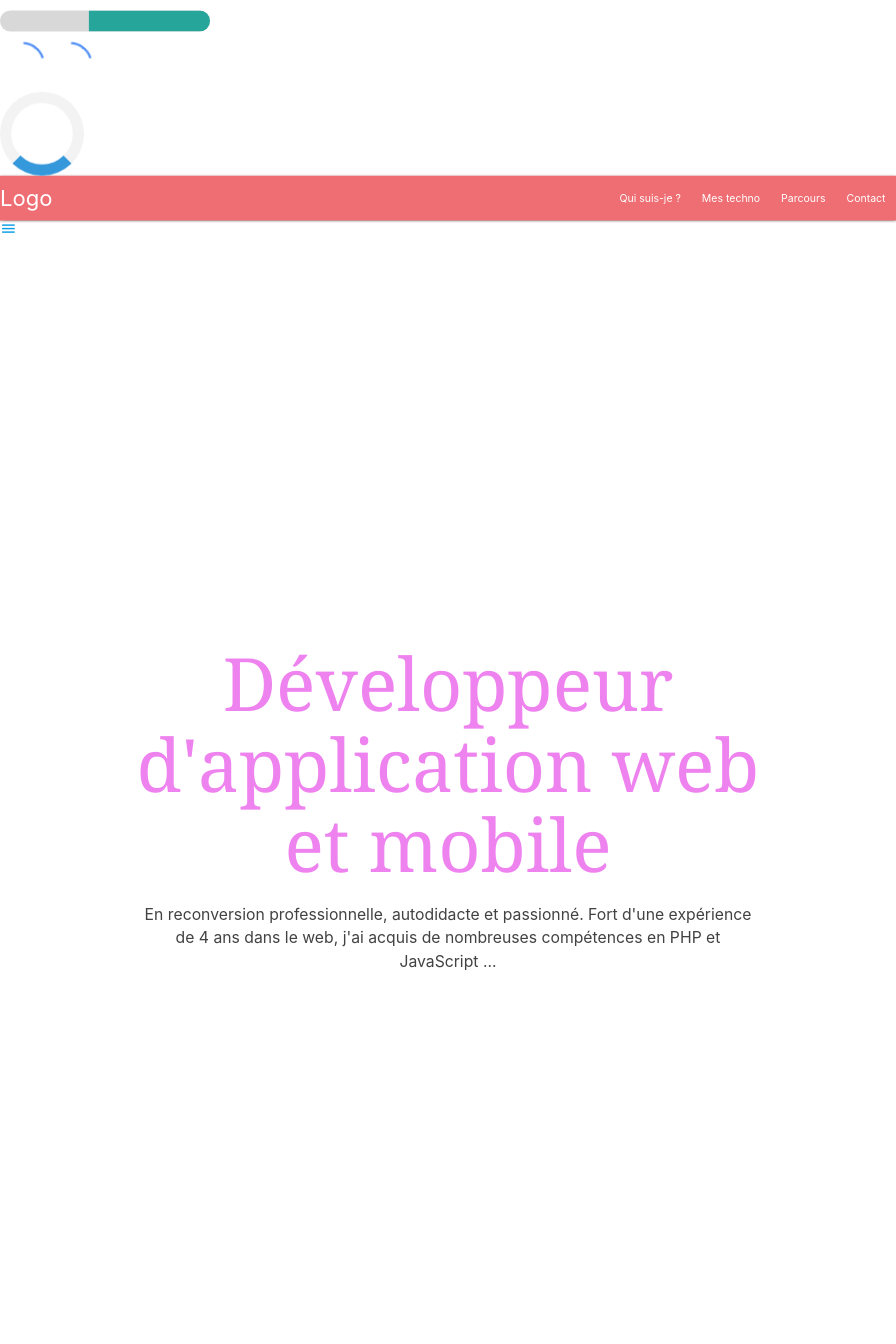
Repository: duncanidaho14/elhad
Page: index.html
The author's editor kept a copy of each file at every save. The page is drawn from the files as they stood at one save, then again after the next save.
The browser window is 1280 px wide. The pictures show the part of the page from y = 0 to 1920 px (the page is 5070 px tall before and 6052 px after), at 70% of full size.

Above is the page before, as saved 2020-10-26 10:37:10.
Console error: SyntaxError: Unexpected end of input

After the next save:
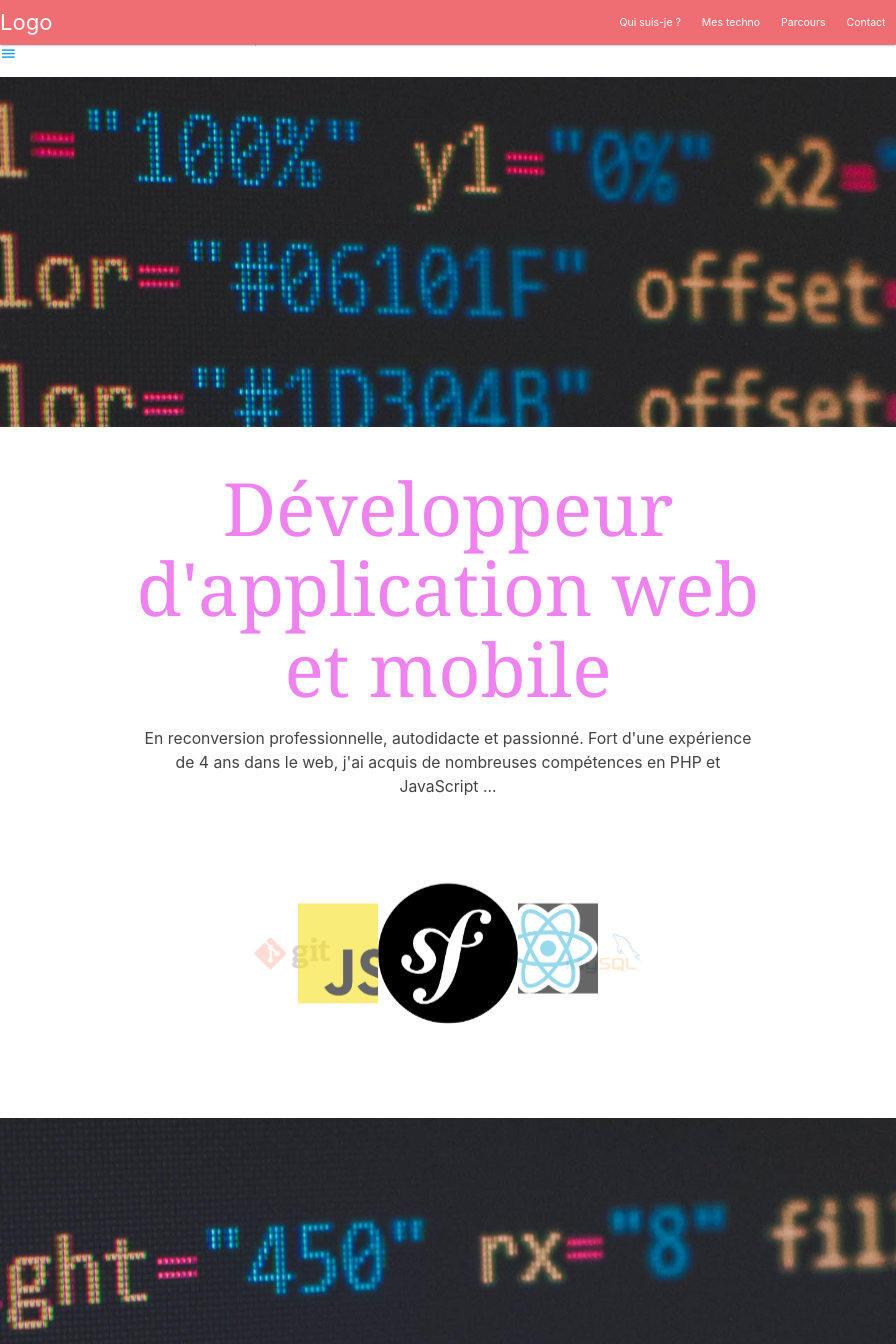
The error is gone.
Saved 9 s later.
--- a/assets/js/index.js
+++ b/assets/js/index.js
@@ -111,4 +111,4 @@
 
 const title = document.querySelector('#title');
 const myText = "Création de sites web";
-const myArray =
+const myArray = myText.split("");
